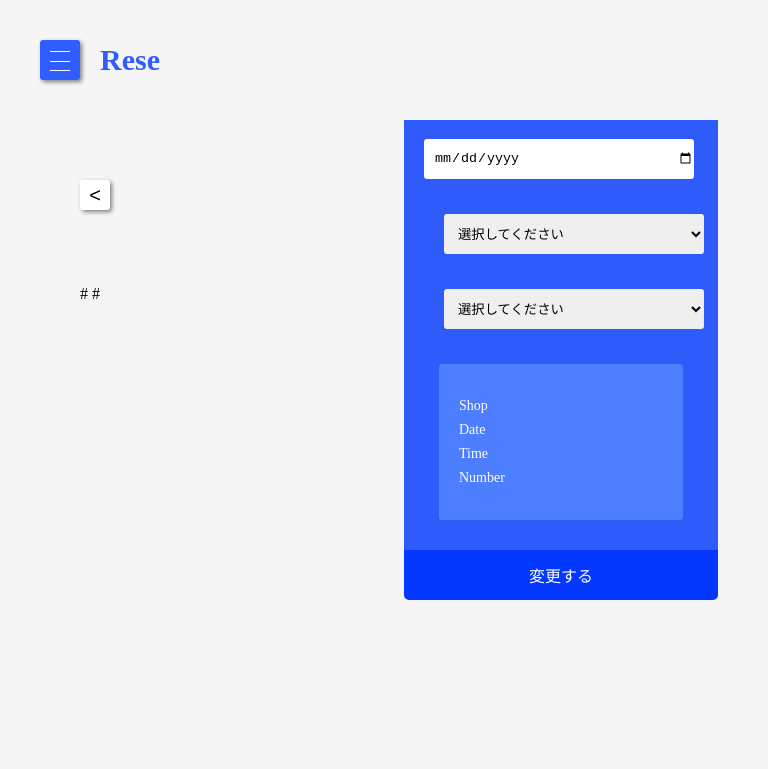
Repository: Haruka-Wada/Rese
Page: src/resources/views/edit.blade.php
The author's editor kept a copy of each file at every save. The page is drawn from the files as they stood at one save, then again after a run of saves.
The browser window is 768 px wide. The pictures show the whole page.
The page is served by the project's Laravel application, run on PHP 8.4 with Laravel 8. The template is opened directly, without the code that normally fills it, so the values that code supplies are empty.

Above is the page before, as saved 2024-11-19 15:33:08.

After the next 2 saves:
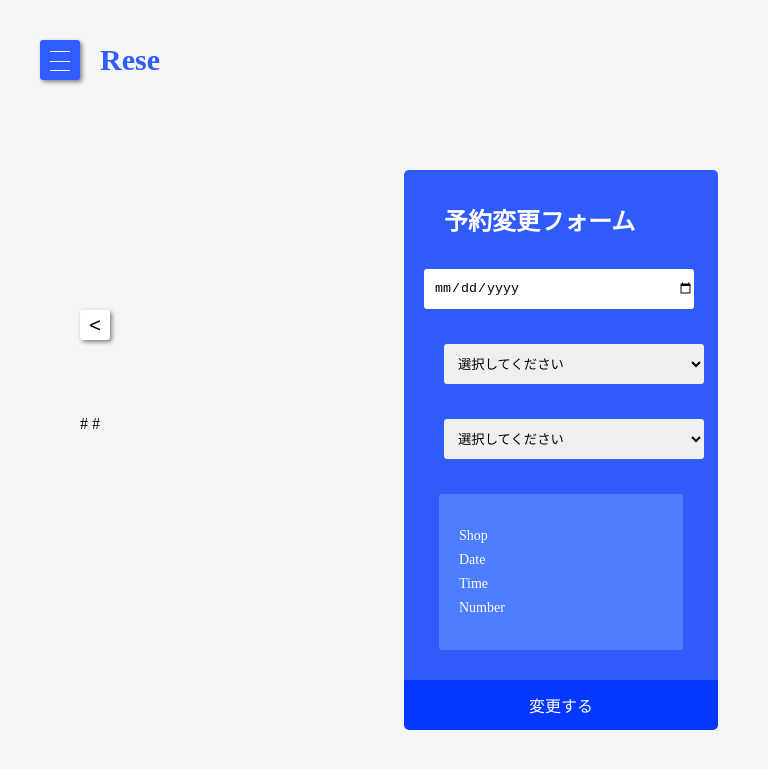
The 2 saves are shown as one change because they came seconds apart.
The last was saved 6 s later.
--- a/src/public/css/edit.css
+++ b/src/public/css/edit.css
@@ -146,7 +146,7 @@
 
 @media screen and (max-width:768px) {
     .main {
-        padding: ;
+        padding-top: 130px;
     }
     .header__wrapper {
         width: 100%;
